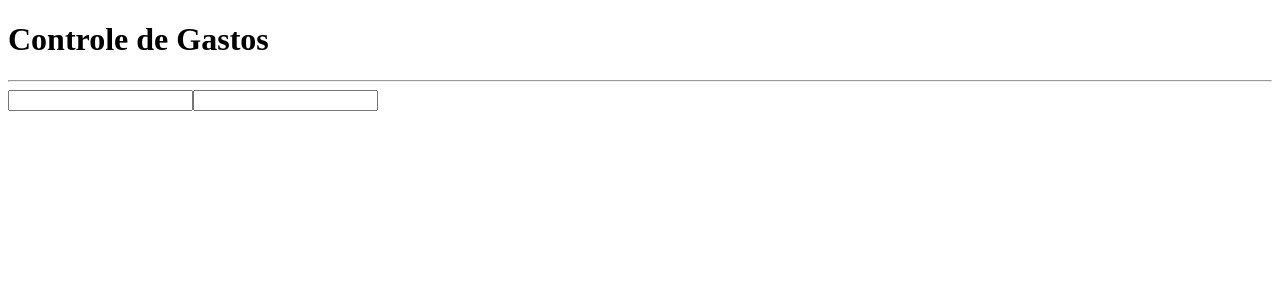
Repository: MarcioFreitasUFSC21/FrontEnd-part-1
Page: index.html
These files come from the project's save history. The page is drawn as it stood at one moment and after a run of saves; the edit follows.
The browser window is 1280 px wide. The pictures show the whole page.

Above is the page before, as saved 2023-04-22 18:54:17.

After the next 6 saves:
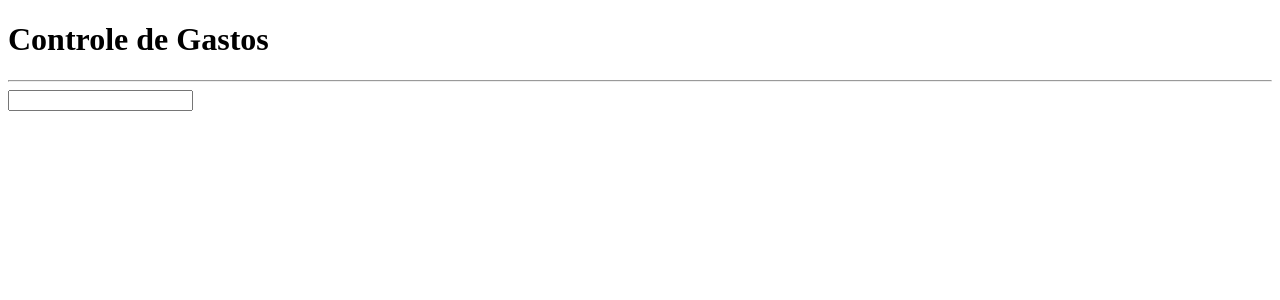
The 6 saves are shown as one change because they came seconds apart.
The last was saved 16 s later.
--- a/index.html
+++ b/index.html
@@ -9,7 +9,7 @@
 <body>
     <h1> Controle de Gastos</h1>
     <hr>
-    <input type = "text" ></body><input type="text">
+    <input type = "text" ></body></input>
 
 </body>
 </html>
